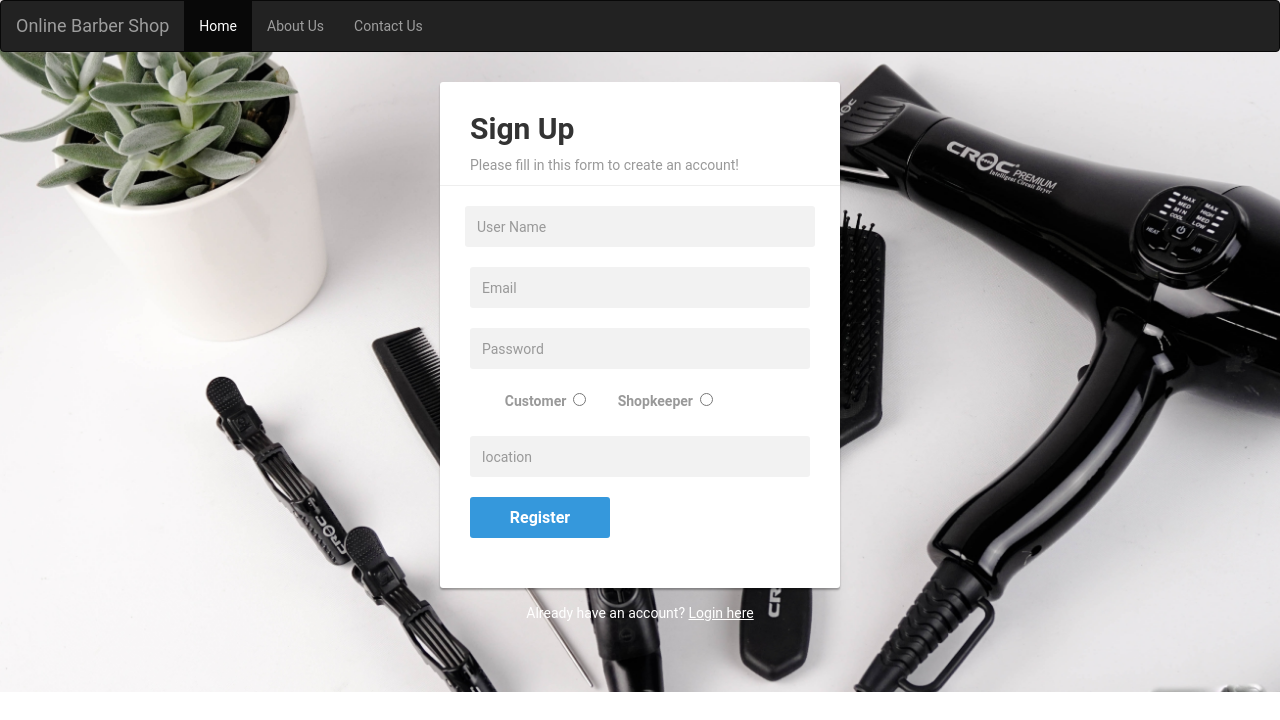
Repository: Mithil-Chavan/OnlineBarbershopManagementSystem
Page: http://localhost/OnlineBarberShop/WEB-INF/views/user/register.jsp
These files come from the project's save history. The page is drawn as it stood at one moment and after the next save; the edit follows.
The browser window is 1280 px wide. The pictures show the whole page.
Some web fonts or font styles are not loaded; a fallback is used. The page is served by Tomcat 9. Nobody is signed in. The template is opened directly, without the code that normally fills it, so the values that code supplies are empty.

Above is the page before, as saved 2021-03-24 20:17:10.

After the next save:
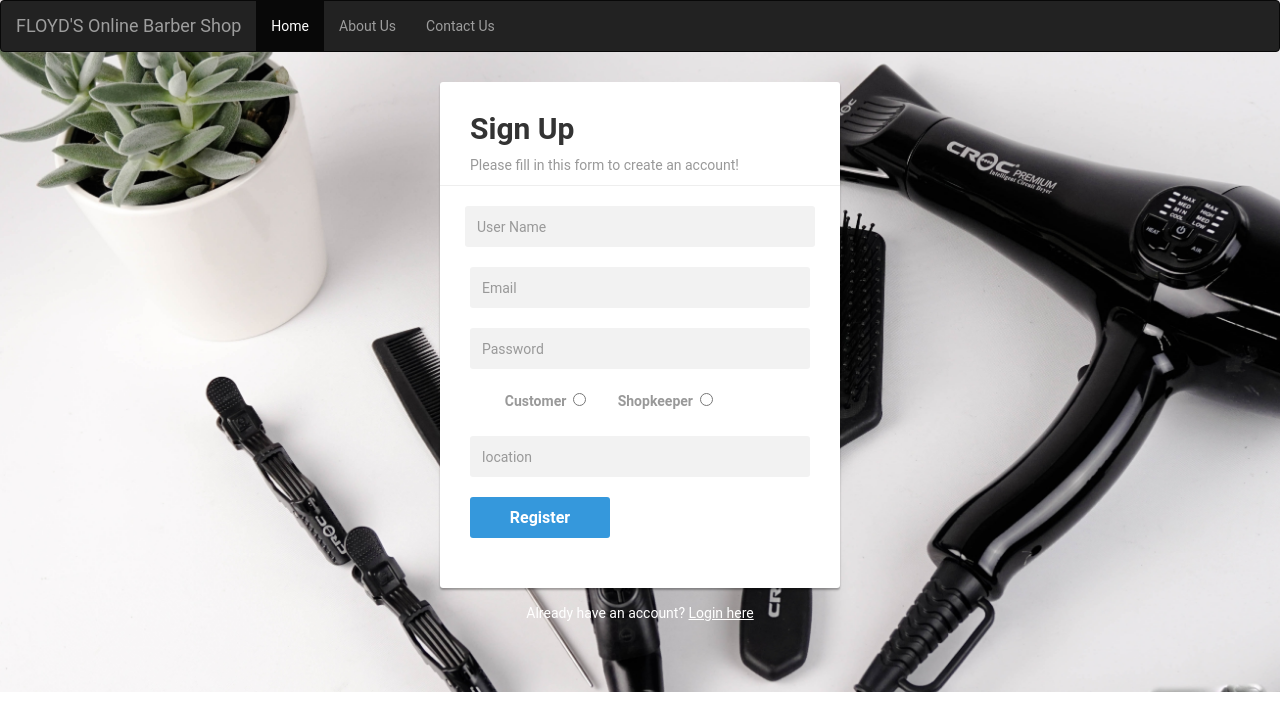
Saved 39 s later.
--- a/OnlineBarberShop/OnlineBarberShop/src/main/webapp/WEB-INF/views/user/register.jsp
+++ b/OnlineBarberShop/OnlineBarberShop/src/main/webapp/WEB-INF/views/user/register.jsp
@@ -109,7 +109,7 @@ body {
 <nav class="navbar navbar-inverse">
   <div class="container-fluid">
     <div class="navbar-header">
-      <a class="navbar-brand" >Online Barber Shop</a>
+      <a class="navbar-brand" >FLOYD'S Online Barber Shop</a>
     </div>
     <ul class="nav navbar-nav">
       <li class="active"><a href="/">Home</a></li>
